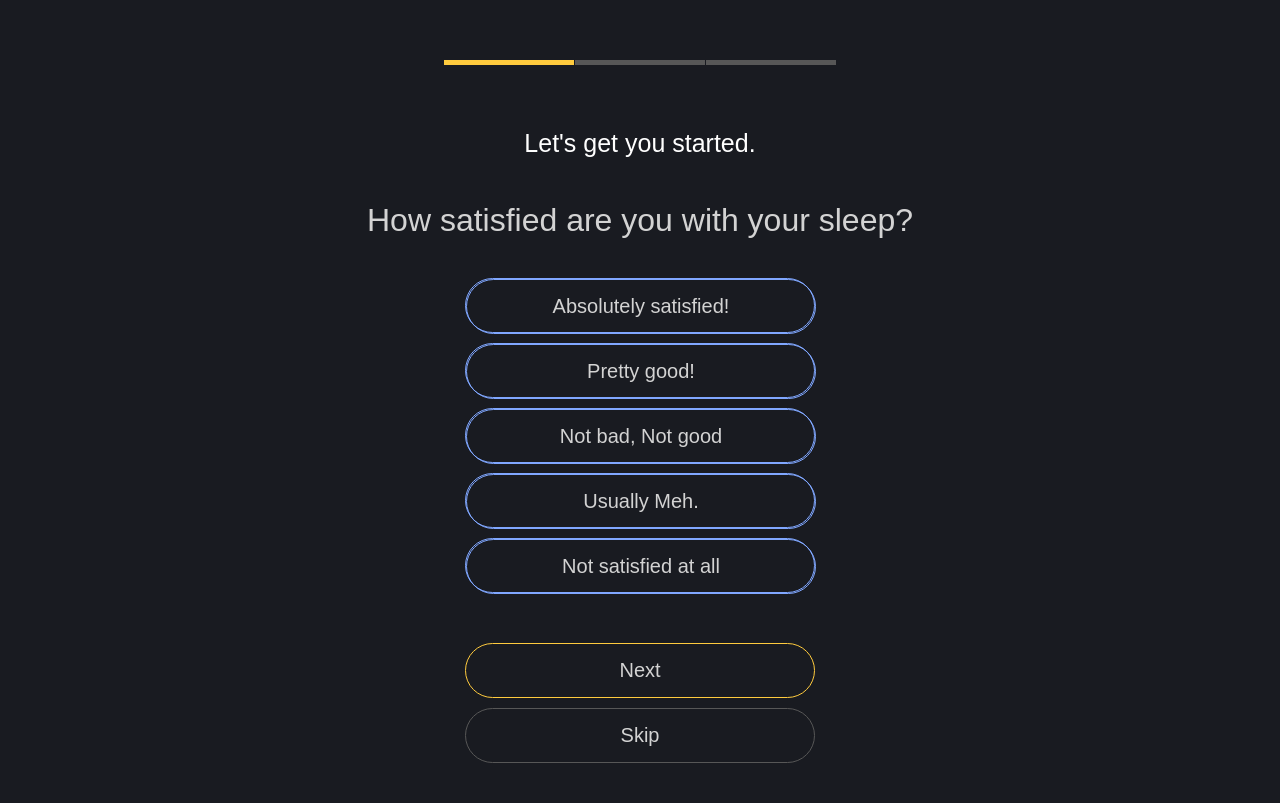
Repository: Crite-Spranberries/sleepixie_app
Page: /onboarding/page1
An editor plug-in stored every save of this project. The page is shown before and after the next save, followed by the edit.
The browser window is 1280 px wide. The pictures show the whole page.
Some web fonts or font styles are not loaded; a fallback is used. The project was rebuilt for these pictures with package versions that can differ from the ones it lists, and the page was loaded fresh each time. The framework's server and built-in components were replaced by stand-ins that run in the browser. Also part of the build but not shown: next.config.mjs, ui/SkipOverlay/SkipOverlay.module.css, ui/buttons/YellowFilledButton.module.css, ui/buttons/YellowFilledButton.js, ui/SkipOverlay/SkipOverlay.js.

Above is the page before, as saved 2025-05-12 15:29:14.

### app/layout.js
import "./globals.css";

export default function RootLayout({ children }) {
    return (
        <html lang="en">
            <body>{children}</body>
        </html>
    );
}

### app/onboarding/page1/page.js
"use client";

import { useState } from "react";
import Link from "next/link";
import { useRouter } from "next/navigation";
import YellowButton from "@/ui/buttons/YellowButton";
import BlueButton from "@/ui/buttons/BlueButton";
import GrayButton from "@/ui/buttons/GrayButton";
import ProgressIndicator from "@/ui/progressIndicator/ProgressIndicator";
import SkipOverlay from "@/ui/SkipOverlay/SkipOverlay";
import styles from "../../page.module.css";

export default function OnboardingPage1() {
    const router = useRouter();
    const [selectedButton, setSelectedButton] = useState(null);
    const [isOverlayOpen, setIsOverlayOpen] = useState(false);

    const handleButtonClick = (buttonLabel) => {
        setSelectedButton(buttonLabel);
    };

    return (
        <main className={styles.container}>
            <ProgressIndicator currentStep={1} />
            <div className={styles.textContainer}>
                <h1 className={styles.title}>Let's get you started.</h1>
                <p className={styles.subtitle}>
                    How satisfied are you with your sleep?
                </p>
            </div>
            <div className={styles.buttonContainer}>
                <div className={styles.blueButtons}>
                    <BlueButton
                        label="Absolutely satisfied!"
                        isSelected={selectedButton === "Absolutely satisfied!"}
                        onClick={() =>
                            handleButtonClick("Absolutely satisfied!")
                        }
                    />
                    <BlueButton
                        label="Pretty good!"
                        isSelected={selectedButton === "Pretty good!"}
                        onClick={() => handleButtonClick("Pretty good!")}
                    />
                    <BlueButton
                        label="Not bad, Not good"
                        isSelected={selectedButton === "Not bad, Not good"}
                        onClick={() => handleButtonClick("Not bad, Not good")}
                    />
                    <BlueButton
                        label="Usually Meh."
                        isSelected={selectedButton === "Usually Meh."}
                        onClick={() => handleButtonClick("Usually Meh.")}
                    />
                    <BlueButton
                        label="Not satisfied at all"
                        isSelected={selectedButton === "Not satisfied at all"}
                        onClick={() =>
                            handleButtonClick("Not satisfied at all")
                        }
                    />
                </div>
                <div className={styles.otherButtons}>
                    <span onClick={() => router.push("/onboarding/page2")}>
                        <YellowButton label="Next" />
                    </span>
                    <span onClick={() => setIsOverlayOpen(true)}>
                        <GrayButton label="Skip" />
                    </span>
                </div>
            </div>
            <SkipOverlay
                isOpen={isOverlayOpen}
                onClose={() => setIsOverlayOpen(false)}
            />
        </main>
    );
}

### app/globals.css
@import url("https://fonts.googleapis.com/css2?family=Teachers:wght@400;500;600;700&display=swap");

:root {
    --font-teachers: "Teachers", sans-serif;
}

* {
    margin: 0;
    padding: 0;
    box-sizing: border-box;
}

html,
body {
    font-family: var(--font-teachers);
    font-size: 20px;
    font-style: normal;
    font-weight: 400;
    line-height: 1.5;
    background: var(--night-dark-background, #191b21);
    min-height: 100vh;
}

### ui/buttons/YellowButton.js
import styles from "@/ui/buttons/YellowButton.module.css";

const YellowButton = ({ label }) => {
    return <button className={styles.buttonContainer}>{label}</button>;
};
export default YellowButton;

### ui/buttons/BlueButton.js
import styles from "@/ui/buttons/BlueButton.module.css";

const BlueButton = ({ label, isSelected, onClick }) => {
    return (
        <div className={styles.buttonContainer}>
            <button
                className={`${styles.buttonContainer} ${
                    isSelected ? styles.selected : ""
                }`}
                onClick={onClick}
            >
                {label}
            </button>
        </div>
    );
};
export default BlueButton;

### ui/buttons/GrayButton.js
import styles from "@/ui/buttons/GrayButton.module.css";

const GrayButton = ({ label }) => {
    return <button className={styles.buttonContainer}>{label}</button>;
};
export default GrayButton;

### ui/progressIndicator/ProgressIndicator.js
"use client";

import styles from "./ProgressIndicator.module.css";

export default function ProgressIndicator({ currentStep = 1 }) {
    return (
        <div className={styles.container}>
            <div className={styles.steps}>
                <div
                    className={`${styles.step} ${
                        currentStep >= 1 ? styles.active : ""
                    }`}
                ></div>
                <div
                    className={`${styles.step} ${
                        currentStep >= 2 ? styles.active : ""
                    }`}
                ></div>
                <div
                    className={`${styles.step} ${
                        currentStep >= 3 ? styles.active : ""
                    }`}
                ></div>
            </div>
        </div>
    );
}

### app/page.module.css
.container {
    display: flex;
    flex-direction: column;
    align-items: center;
    min-height: 100vh;
    padding: 2rem;
}

.textContainer {
    text-align: center;
    margin: 2rem 0;
}

.title {
    font-size: 25px;
    font-weight: 300;
    margin-bottom: 2rem;
    color: #fff;
}

.welcomeTitle {
    font-size: 25px;
    font-weight: 300;
    color: #a4c0ff;
    line-height: 1.1;
}

.subtitle {
    font-size: 32px;
    color: #d3d3d3;
    line-height: 1.1;
}

.subtitle2 {
    font-size: 28px;
    color: #d3d3d3;
    line-height: 1.2;
}

.buttonContainer {
    display: flex;
    flex-direction: column;
    gap: 0.5rem;
    margin-top: auto;
}

.blueButtons {
    display: flex;
    flex-direction: column;
    gap: 0.5rem;
}

.otherButtons {
    display: flex;
    flex-direction: column;
    gap: 0.5rem;
    margin-top: 2rem;
}

.imageContainer {
    display: flex;
    justify-content: center;
    align-items: center;
    margin-top: 4rem;
    margin-bottom: 2rem;
    width: 150px;
    height: 150px;
    margin-left: auto;
    margin-right: auto;
    position: relative;
}

.welcomeImage {
    width: 100%;
    height: 100%;
    object-fit: contain;
}

### ui/buttons/YellowButton.module.css
.buttonContainer {
    width: 350px;
    height: 55px;
    flex-shrink: 0;
    border-radius: 30px;
    background-color: transparent;
    color: var(--Day---Primary-2, #d3d3d3);
    text-align: center;
    font-family: "Teachers", sans-serif;
    font-size: 20px;
    font-style: normal;
    font-weight: 400;
    line-height: normal;
    border: 1px solid #ffcb3e;
    transition: background-color 0.5s linear;
}

.buttonContainer:hover {
    color: var(--night-dark-background, #191b21);
    text-align: center;
    background-color: #ffcb3e;
}

### ui/buttons/BlueButton.module.css
.buttonContainer {
    width: 350px;
    height: 55px;
    flex-shrink: 0;
    border-radius: 30px;
    background-color: transparent;
    color: var(--Night---Primary-02, #d3d3d3);
    font-family: "Teachers", sans-serif;
    font-size: 20px;
    font-style: normal;
    font-weight: 400;
    text-align: center;
    line-height: normal;
    border: 1px solid #80a7ff;
    transition: all 0.5s linear;
    cursor: pointer;
}

.buttonContainer:hover {
    background-color: #80a7ff;
    color: #191b21;
}

.buttonContainer.selected {
    background-color: #80a7ff;
    color: #191b21;
    border-color: #80a7ff;
}

### ui/buttons/GrayButton.module.css
.buttonContainer {
    width: 350px;
    height: 55px;
    flex-shrink: 0;
    border-radius: 30px;
    background-color: transparent;
    color: var(--Night---Primary-02, #d3d3d3);
    font-family: "Teachers", sans-serif;
    font-size: 20px;
    font-style: normal;
    font-weight: 400;
    text-align: center;
    line-height: normal;
    border: 1px solid #575757;
    transition: background-color 0.5s linear;
}

.buttonContainer:hover {
    background-color: #575757;
}

### ui/progressIndicator/ProgressIndicator.module.css
.container {
    width: 100%;
    padding: 20px;
    display: flex;
    justify-content: center;
}

.steps {
    display: flex;
    gap: 1px;
    align-items: center;
}

.step {
    width: 130px;
    height: 5px;
    border-radius: 0%;
    background-color: #575757;
    transition: background-color 0.3s ease;
}

.step.active {
    background-color: #ffcb3e;
}

After the next save:
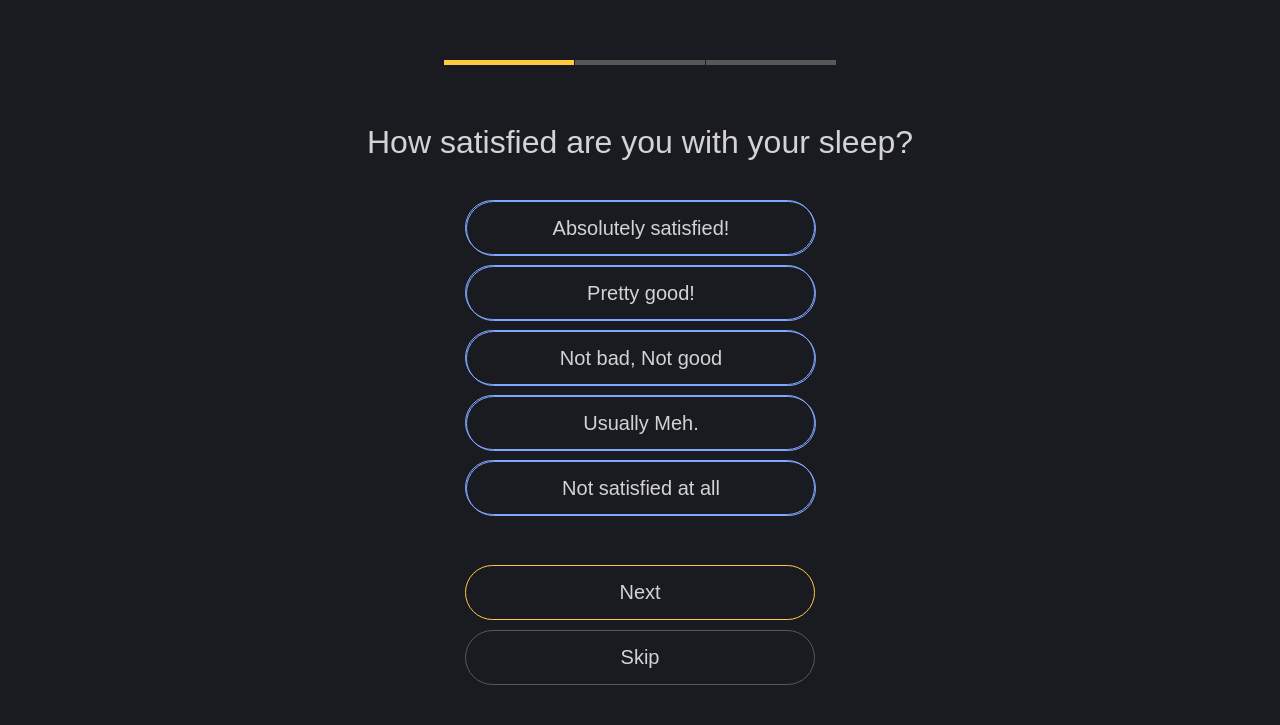
Saved 29 s later.
--- a/app/onboarding/page1/page.js
+++ b/app/onboarding/page1/page.js
@@ -23,7 +23,6 @@
         <main className={styles.container}>
             <ProgressIndicator currentStep={1} />
             <div className={styles.textContainer}>
-                <h1 className={styles.title}>Let's get you started.</h1>
                 <p className={styles.subtitle}>
                     How satisfied are you with your sleep?
                 </p>
